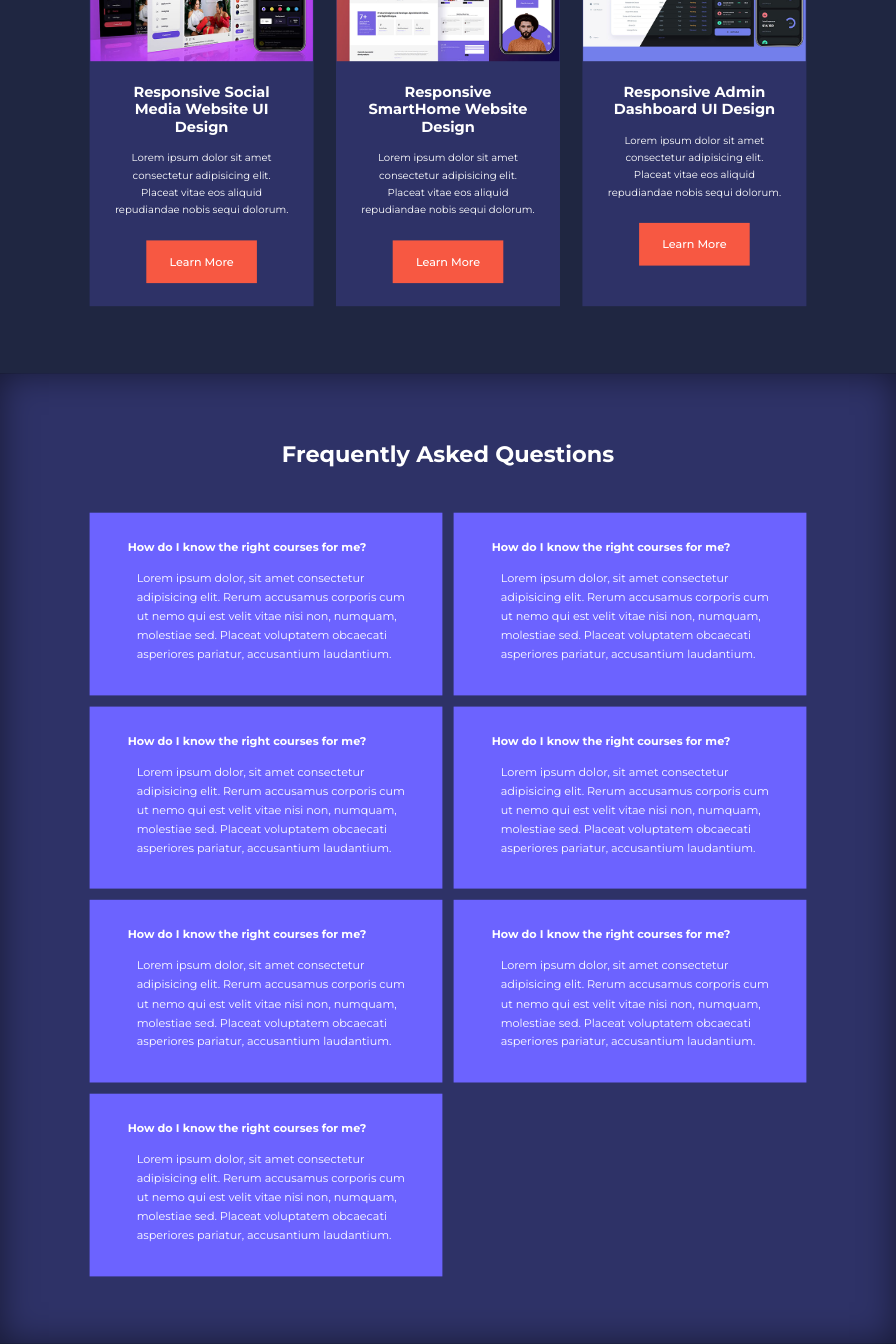
Repository: QUANGTHAI2003/education-web
Page: index.html
These files come from the project's save history. The page is drawn as it stood at one moment and after the next save; the edit follows.
The browser window is 1280 px wide. The pictures show the part of the page from y = 1498 to 3418 px (the page is 3418 px tall before and 3367 px after), at 70% of full size.
Some icons come from a web library that is not loaded, so they are not drawn.

Above is the page before, as saved 2022-03-11 14:59:51.

After the next save:
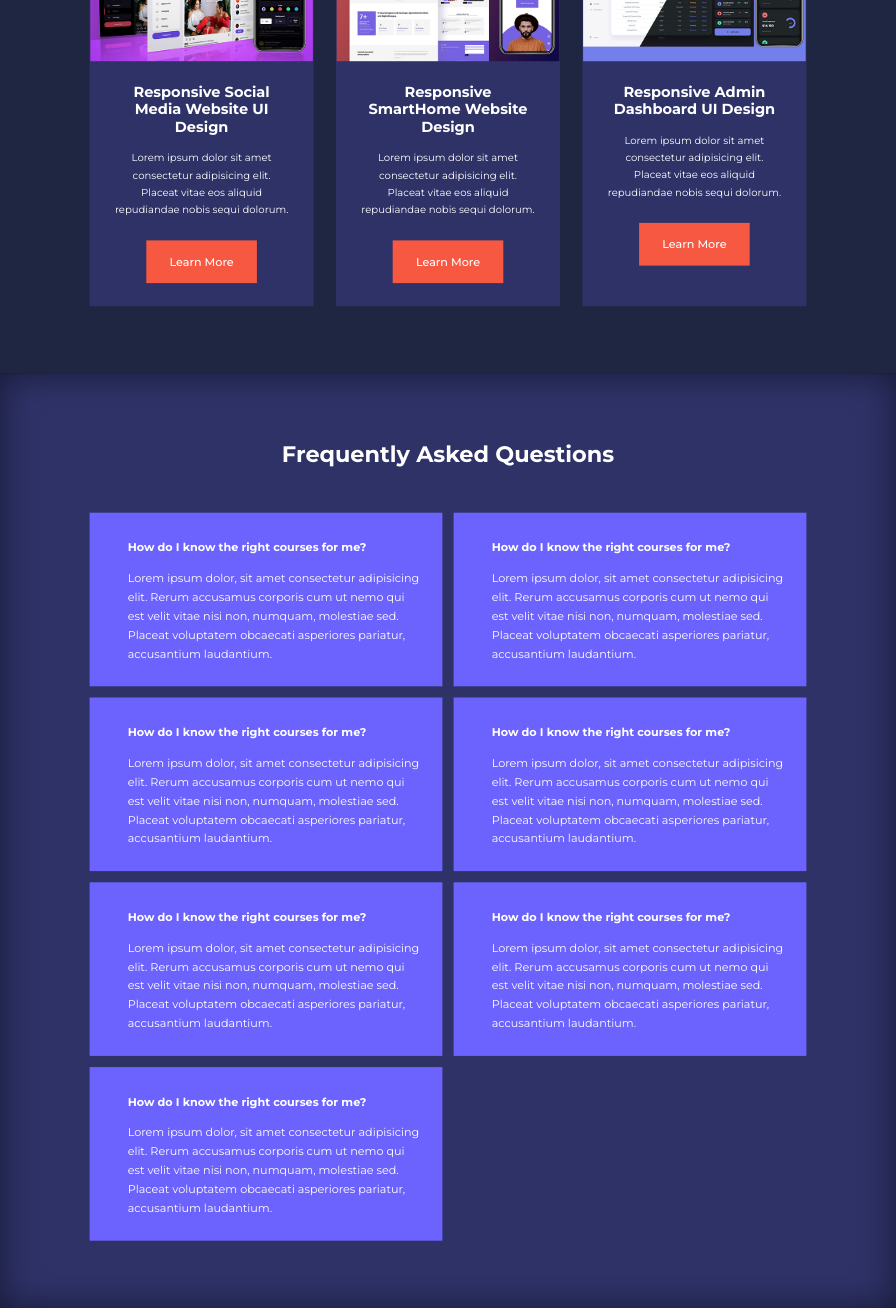
Saved 11 s later.
--- a/css/style.css
+++ b/css/style.css
@@ -304,5 +304,5 @@ header {
 }
 
 .faq p {
-    margin: 0.8rem;
-}
+    margin-top: 0.8rem;
+}
